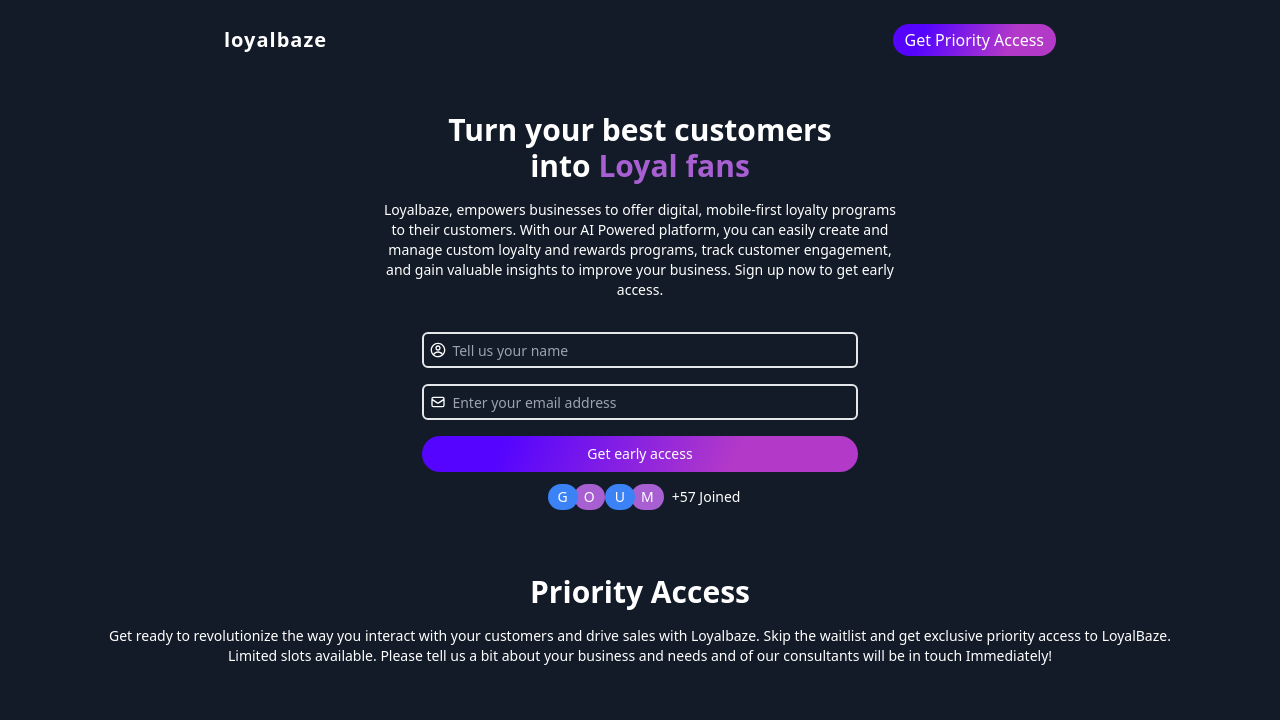
Repository: Jerified/loyalbaze
Page: /
An editor plug-in stored every save of this project. The page is shown before and after the next save, followed by the edit.
The browser window is 1280 px wide. The pictures show the whole page.
The project was rebuilt for these pictures with package versions that can differ from the ones it lists, and the page was loaded fresh each time. The framework's server and built-in components were replaced by stand-ins that run in the browser. Also part of the build but not shown: next.config.js.

Above is the page before, as saved 2023-02-11 07:20:56.

After the next save:
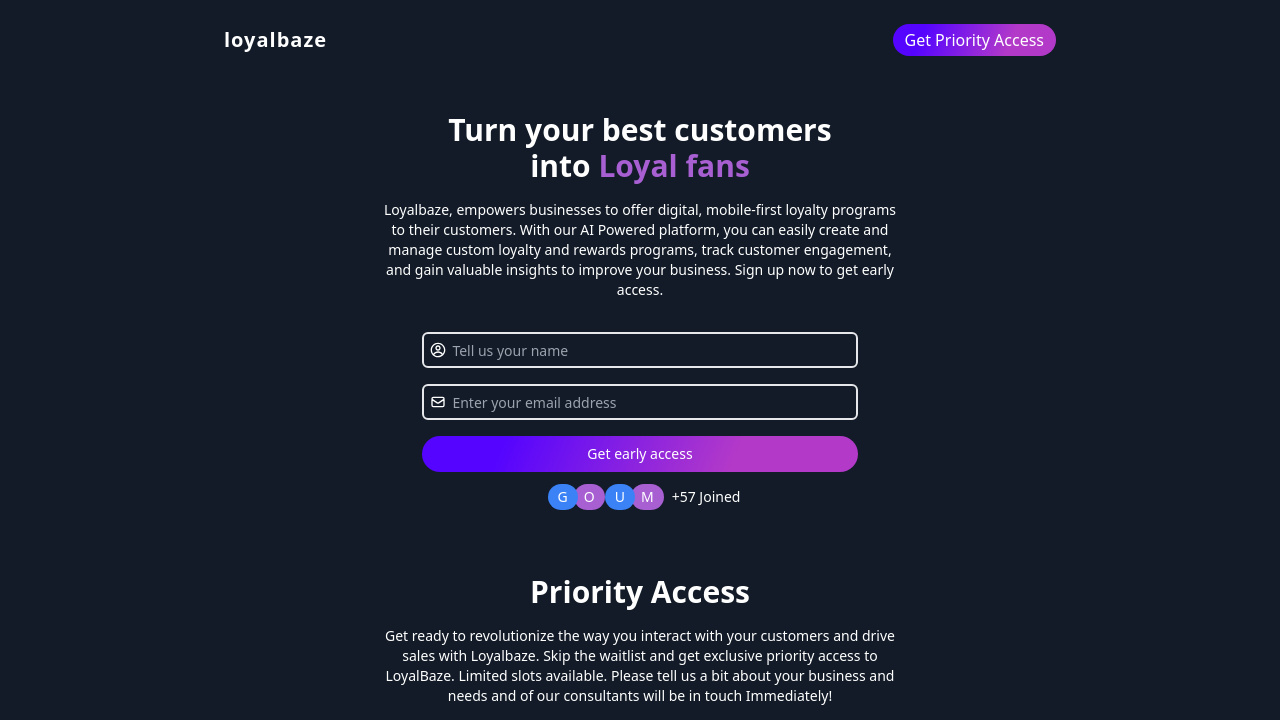
Saved 44 s later.
--- a/src/components/Form.tsx
+++ b/src/components/Form.tsx
@@ -6,7 +6,7 @@ const Form = () => {
       <main className="">
         <div className="text-center">
           <h1 className="font-semibold text-3xl ">Priority Access</h1>
-          <p className="pt-4 text-sm ">
+          <p className="pt-4 text-sm max-w-[22rem] md:max-w-lg mx-auto">
             Get ready to revolutionize the way you interact with your customers
             and drive sales with Loyalbaze. Skip the waitlist and get exclusive
             priority access to LoyalBaze. Limited slots available. Please tell
